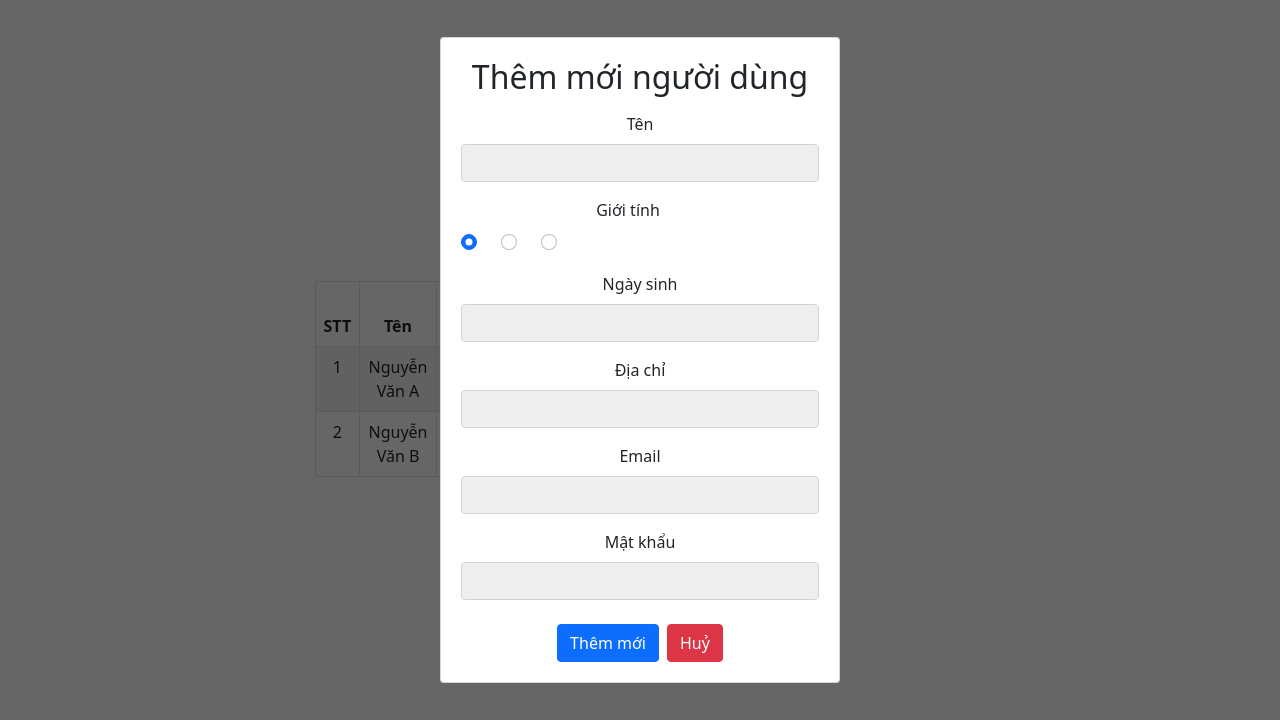
Repository: TinhTT336/MD02_Session12
Page: / (app in client/), after clicking the first element matching `button.btn`
The author's editor kept a copy of each file at every save. The page is drawn from the files as they stood at one save, then again after the next save.
The browser window is 1280 px wide. The pictures show the whole page.
The project was rebuilt for these pictures with package versions that can differ from the ones it lists, and the page was loaded fresh each time. Requests to the local data server were answered from the project's data file. Also part of the build but not shown: client/vite.config.js, client/src/utils/formatData.js, client/src/components/admin/manager-product/FormAdd.jsx, client/src/components/admin/manager-product/FormEdit.jsx, client/src/pages/product/ListProduct.jsx.

Above is the page before, as saved 2023-09-11 17:13:29.

### client/index.html
<!DOCTYPE html>
<html lang="en">
  <head>
    <meta charset="UTF-8" />
    <link rel="icon" type="image/svg+xml" href="/vite.svg" />
    <meta name="viewport" content="width=device-width, initial-scale=1.0" />
    <title>Vite + React</title>
    <link
      href="https://cdn.jsdelivr.net/npm/bootstrap@5.0.2/dist/css/bootstrap.min.css"
      rel="stylesheet"
      integrity="sha384-EVSTQN3/azprG1Anm3QDgpJLIm9Nao0Yz1ztcQTwFspd3yD65VohhpuuCOmLASjC"
      crossorigin="anonymous"
    />
    <link
      rel="stylesheet"
      href="https://cdnjs.cloudflare.com/ajax/libs/font-awesome/6.4.2/css/all.min.css"
      integrity="sha512-z3gLpd7yknf1YoNbCzqRKc4qyor8gaKU1qmn+CShxbuBusANI9QpRohGBreCFkKxLhei6S9CQXFEbbKuqLg0DA=="
      crossorigin="anonymous"
      referrerpolicy="no-referrer"
    />
  </head>
  <body>
    <div id="root"></div>
    <script type="module" src="/src/main.jsx"></script>
  </body>
</html>

### client/src/App.jsx
import { useState } from 'react'
import reactLogo from './assets/react.svg'
import viteLogo from '/vite.svg'
import './App.css'
import ListProduct from './pages/product/ListProduct'
import ListUser from './pages/admin/ListUser'

function App() {
  const [count, setCount] = useState(0)

  return (
    <>
      {/* <ListProduct /> */}
      <ListUser />
    </>
  )
}

export default App

### client/src/pages/admin/ListUser.jsx
import React, { useEffect, useState } from 'react';
import axios from 'axios';// khong co dau ngoac nhon
import { notification } from 'antd';
import FormAddUser from '../../components/admin/manager-user/FormAddUser';

export default function ListUser() {
    const [users, setUsers] = useState([]);
    const [show, setShow] = useState(false);
    // goi API lấy tất cả thông tin
    const loadData = () => {
        axios.get("http://localhost:8000/users")
            .then(response => setUsers(response.data))
            .catch(error => console.log(error))
    }

    useEffect(() => {
        loadData();
    }, [])

    // ham xoa du lieu
    const handleDelete = (id) => {
        axios.delete(`http://localhost:8000/users/${id}`)
            .then(response => {
                if (response.status === 200) {
                    notification.success({
                        message: "Thành công!",
                        description: "Xoá tài khoản thành công"
                    });
                    loadData();
                }
            })
            .catch(error => console.log(error))
    }

    // ham hien form them moi
    const handleShow = () => {
        setShow(true);
    }

    // ham dong form them moi
    const handleClose = () => {
        setShow(false);
    }
    return (
        <>
            {/* Form them moi */}
            {show && <FormAddUser handleClose={handleClose} loadData={loadData} />}
            <div className='container w-75 d-flex align-items-center justify-content-center flex-column m-3'>
                <div className=''>
                    <button onClick={handleShow} className='btn btn-primary mb-3'>+ Thêm mới tài khoản</button>
                </div>
                <table className='table table-striped table-hover table-bordered'>
                    <thead>
                        <tr>
                            <th style={{ textAlign: "center" }} scope='col'>STT</th>
                            <th style={{ textAlign: "center" }} scope='col'>Tên</th>
                            <th style={{ textAlign: "center" }} scope='col'>Giới tính</th>
                            <th style={{ textAlign: "center" }} scope='col'>Ngày sinh</th>
                            <th style={{ textAlign: "center" }} scope='col'>Địa chỉ</th>
                            <th style={{ textAlign: "center" }} scope='col'>Email</th>
                            <th style={{ textAlign: "center" }} scope='col' colSpan={2}>Chức năng</th>
                        </tr>
                    </thead>
                    <tbody>
                        {users.map((user, index) => (
                            <tr key={user.id}>
                                <td>{index + 1}</td>
                                <td>{user.user_name}</td>
                                <td>{user.gender === 0 ? "Nam" : "Nữ"}</td>
                                <td>{user.dateOfBirth}</td>
                                <td>{user.address}</td>
                                <td>{user.email}</td>
                                <td ><i className="fa-solid fa-pen-to-square "></i></td>
                                <td onClick={() => handleDelete(user.id)}><i className="fa-solid fa-trash "></i></td>
                            </tr>
                        ))}
                    </tbody>
                </table>
            </div>
        </>
    )
}

### client/src/components/admin/manager-user/FormAddUser.jsx
import { notification } from 'antd';
import React, { useState } from 'react'

export default function FormAddUser({ handleClose, loadData }) {
    const [gender, setGender] = useState(0);

    // danh sach gender
    const listGender = [
        {
            id: 0,
            title: "Nam"
        },
        {
            id: 1,
            title: "Nữ"
        },
        {
            id: 2,
            title: "Khác"
        }
    ]

    const [user, setUser] = useState({
        user_name: '',
        gender: 0,
        dateOdBirth: "",
        email: '',
        address: "",
        password: ''
    });

    // ham lay du lieu tu o input
    const handleChange = (e) => {
        const { value, name } = e.target;
        setUser({ ...user, [name]: value })
    }

    // ham submit du lieu
    const handleSubmit = (e) => {
        e.preventDefault();
        axios.post("http://localhost:8000/users")
            .then(response => {
                if (response.status === 200) {
                    notification.success({
                        message: "Thành công",
                        description: "Thêm mới người dùng thành công"
                    });
                    loadData();
                }
            })
    }

    return (
        <>
            <div className='product-container'>
                <form className='form-container'>
                    <div className='mb-3'>
                        <h2>Thêm mới người dùng </h2>
                    </div>
                    <div className="mb-3 mt-3">
                        <label htmlFor="user_name" className="form-label">
                            Tên
                        </label>
                        <input type="text" className="form-control" name="user_name" id="user_name" onChange={handleChange} />
                    </div>
                    <div className='d-flex flex-column'>
                        <label htmlFor="gender" className="form-label me-4">
                            Giới tính
                        </label>
                        <div className='d-flex'>
                            {listGender.map(g => (
                                <div className="form-check me-3" key={g.id}>
                                    <input
                                        className="form-check-input"
                                        type="radio" checked={g.id === gender}
                                        name="gender" onChange={() => setGender(g.id)}
                                    />
                                    <label className="form-check-label" htmlFor="gender">{gender.title}</label>
                                </div>
                            ))}
                        </div>
                    </div>

                    <div className="mb-3 mt-3">
                        <label htmlFor="dateOfBirth" className="form-label">
                            Ngày sinh
                        </label>
                        <input type="text" className="form-control" name="dateOfBirth" id="dateOfBirth" onChange={handleChange} />
                    </div>
                    <div className="mb-3">
                        <label htmlFor="address" className="form-label">
                            Địa chỉ
                        </label>
                        <input type="text" className="form-control" name='address' id='address' onChange={handleChange} />
                    </div>
                    <div className="mb-3">
                        <label className="form-label" htmlFor="email">
                            Email
                        </label>
                        <input type="email" className="form-control" name='email' id='email' onChange={handleChange} />
                    </div>
                    <div className="mb-4">
                        <label className="form-label" htmlFor="password">
                            Mật khẩu
                        </label>
                        <input type="password" className="form-control" name='password' id='password' onChange={handleChange} />
                    </div>
                    <button type="submit" className="btn btn-primary me-2">
                        Thêm mới
                    </button>
                    <button onClick={handleClose} type="button" className="btn btn-danger">
                        Huỷ
                    </button>
                </form>

            </div>

        </>
    )
}

### client/src/components/admin/manager-product/product.css
.product-container {
  position: fixed;
  bottom: 0;
  top: 0;
  right: 0;
  left: 0;
  background: rgba(0, 0, 0, 0.6);
  display: flex;
  align-items: center;
  justify-content: center;
  min-height: 100vh;
}
.form-container {
  width: 400px;
  padding: 20px;
  background-color: #fff;
  border: 1px solid #3333;
  border-radius: 4px;
}
.form-control {
  background-color: #efefef;
}

### server/db.json
{
  "users": [
    {
      "id": 1,
      "user_name": "Nguyễn Văn A",
      "gender": 0,
      "address": "Hà Nội ",
      "dateOfBirth": "20/01/2002",
      "email": "a@gmail.com",
      "password": "123456"
    },
    {
      "id": 2,
      "user_name": "Nguyễn Văn B",
      "gender": 1,
      "address": "Hà Nội ",
      "dateOfBirth": "20/01/2004",
      "email": "b@gmail.com",
      "password": "123457"
    }
  ],
  "products": [
    {
      "id": 1,
      "product_name": "Cam sanh",
      "price": 20000,
      "from": "mien Tay"
    },
    {
      "id": 2,
      "product_name": "Cam vàng",
      "price": 40000,
      "from": "mien Tay"
    },
    {
      "product_name": "Chôm chôm",
      "price": 35000,
      "from": "Miền Nam",
      "id": 5
    },
    {
      "product_name": "Ổi hồng",
      "price": 40000,
      "from": "Miền Nam",
      "id": 6
    },
    {
      "product_name": "Bưởi da xanh",
      "price": 56000,
      "from": "Miền Nam",
      "id": 7
    }
  ]
}

Loaded but not shown: client/src/main.jsx (common file); client/src/index.css (common file); client/src/App.css (common file)

After the next save:
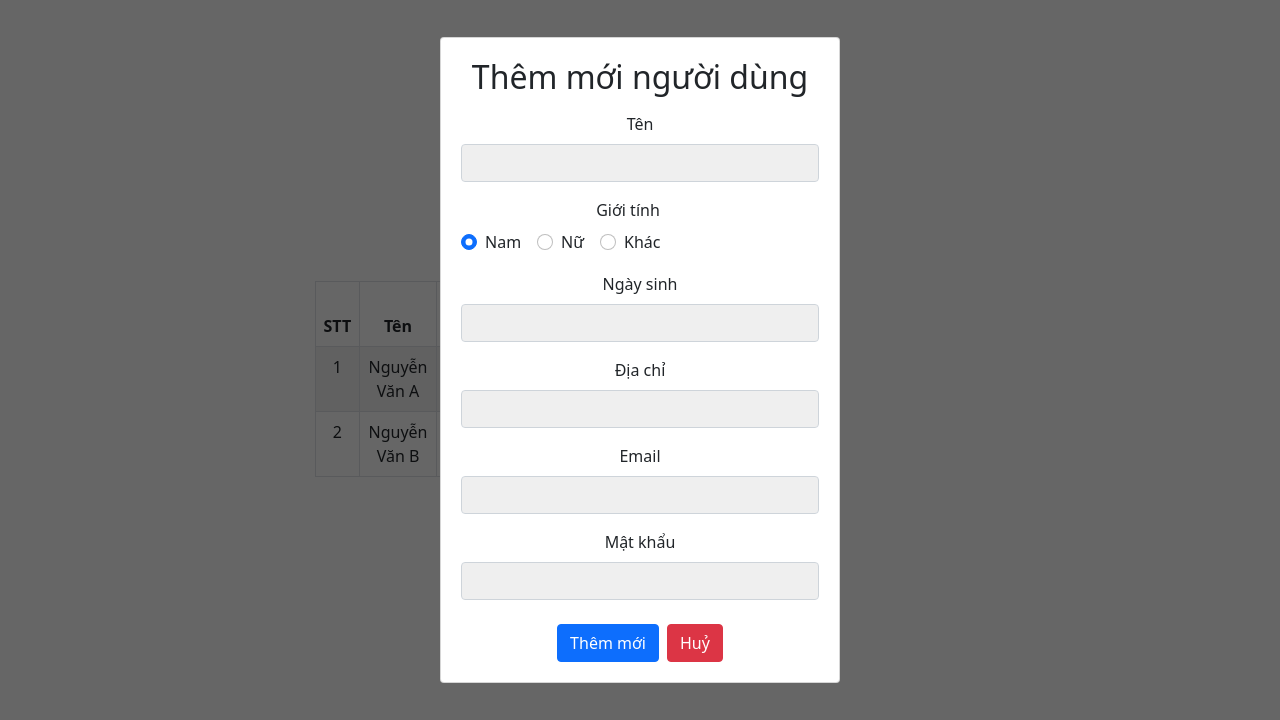
Saved 23 s later.
--- a/client/src/components/admin/manager-user/FormAddUser.jsx
+++ b/client/src/components/admin/manager-user/FormAddUser.jsx
@@ -75,7 +75,7 @@ export default function FormAddUser({ handleClose, loadData }) {
                                         type="radio" checked={g.id === gender}
                                         name="gender" onChange={() => setGender(g.id)}
                                     />
-                                    <label className="form-check-label" htmlFor="gender">{gender.title}</label>
+                                    <label className="form-check-label" htmlFor="gender">{g.title}</label>
                                 </div>
                             ))}
                         </div>
